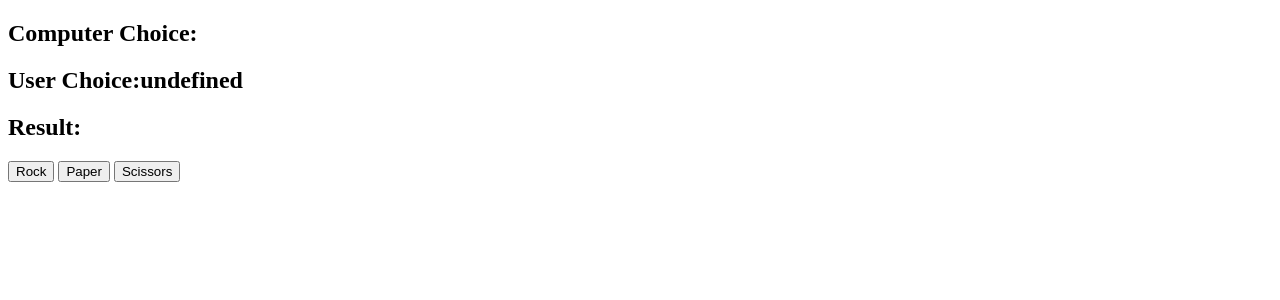
Repository: evemcd/aniakubow-tutorials
Page: rock-paper-scissors/index.html
An editor plug-in stored every save of this project. The page is shown before and after the next save, followed by the edit.
The browser window is 1280 px wide. The pictures show the whole page.
After loading, the first visible `#rock` was clicked once.

Above is the page before, as saved 2023-07-25 09:24:18.

### rock-paper-scissors/index.html
<!DOCTYPE html>
<html lang="en" dir="ltr">

<head>
    <meta charset="UTF-8">
    <title>Rock Paper Scissors Tutorial</title>
</head>

<body>
    <h2>Computer Choice:<span id="computer-choice"></span></h2>
    <h2>User Choice:<span id="user-choice"></span></h2>
    <h2>Result:<span id="result"></span></h2>

    <button id="rock">Rock</button>
    <button id="paper">Paper</button>
    <button id="scissors">Scissors</button>




    <script src="app.js" charset="UTF-8"></script>
</body>

</html>

### rock-paper-scissors/app.js
const computerChoiceDisplay = document.getElementById('computer-choice');
const userChoiceDisplay = document.getElementById('user-choice');
const resultDisplay = document.getElementById('result');
const possibleChoices = document.querySelectorAll('button');
let userChoice

possibleChoices.forEach(possibleChoice => possibleChoice.addEventListener('click', (e) => {
    userChoice = e.target.ie;
    userChoiceDisplay.innerHTML = userChoice;
}))

After the next save:
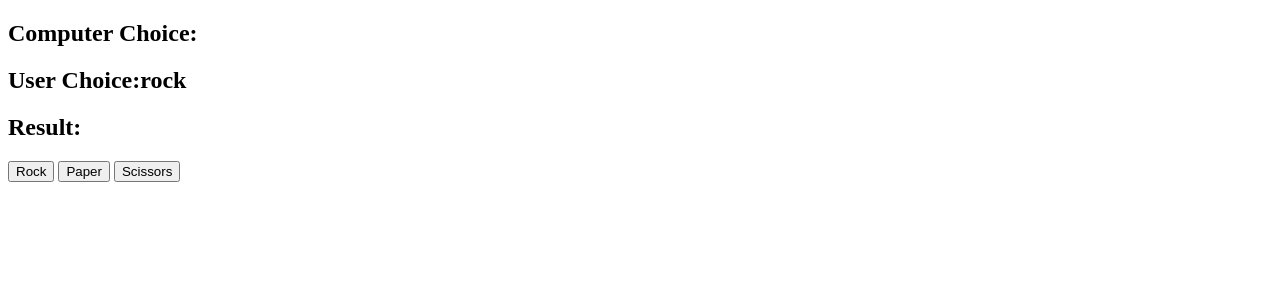
Saved 109 s later.
--- a/rock-paper-scissors/app.js
+++ b/rock-paper-scissors/app.js
@@ -2,9 +2,9 @@ const computerChoiceDisplay = document.getElementById('computer-choice');
 const userChoiceDisplay = document.getElementById('user-choice');
 const resultDisplay = document.getElementById('result');
 const possibleChoices = document.querySelectorAll('button');
-let userChoice
+let userChoice;
 
 possibleChoices.forEach(possibleChoice => possibleChoice.addEventListener('click', (e) => {
-    userChoice = e.target.ie;
+    userChoice = e.target.id;
     userChoiceDisplay.innerHTML = userChoice;
 }))
